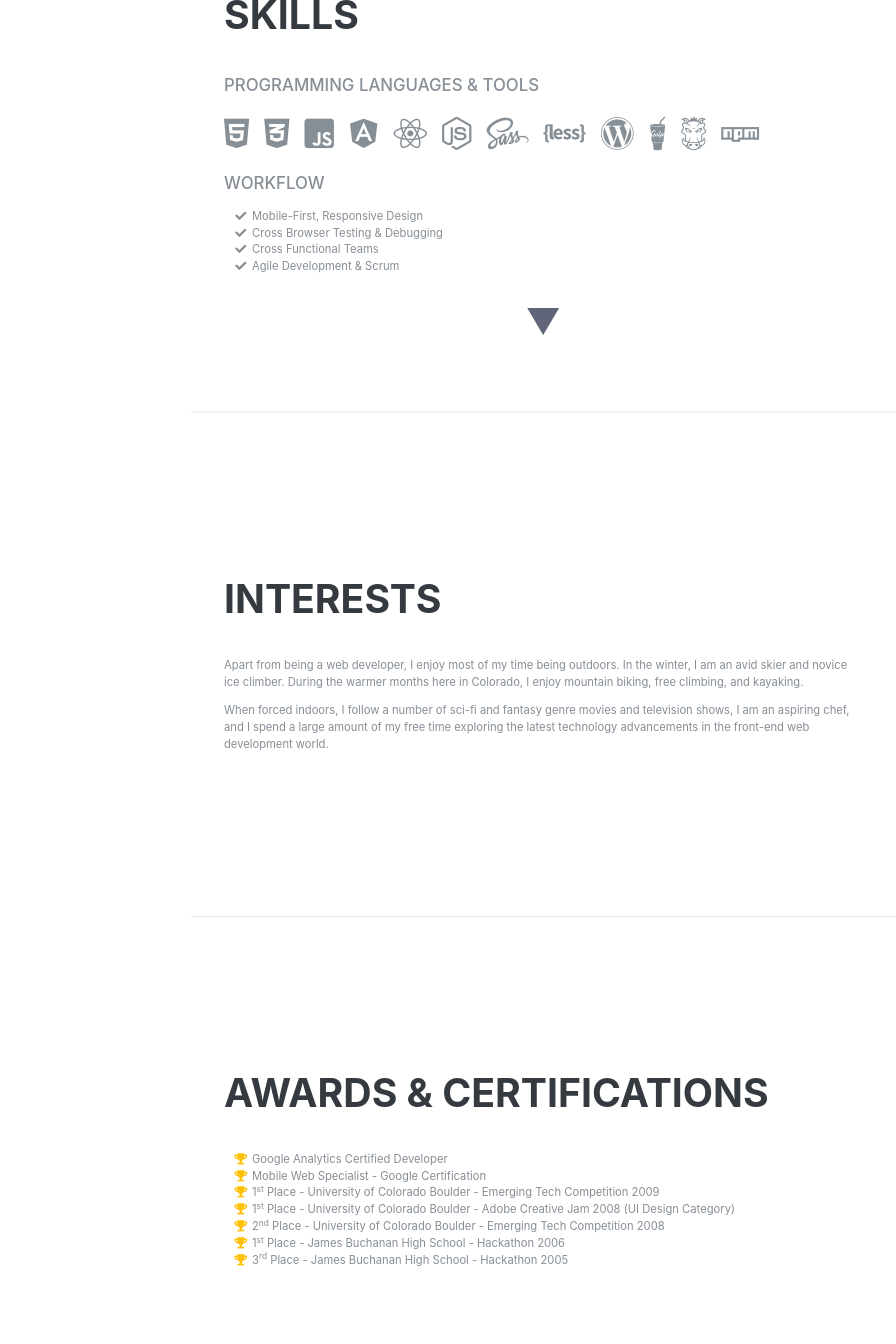
Repository: whitethugcat/whitethugcat.github.io
Page: class/resume-practice/index.html
The author's editor kept a record of every edit. The page is drawn from the files as they stood at one moment, then again after the next edit.
The browser window is 1280 px wide. The pictures show the part of the page from y = 2740 to 4660 px (the page is 4770 px tall), at 70% of full size.
Some web fonts or font styles are not loaded; a fallback is used.

Above is the page before.

### class/resume-practice/index.html
<!DOCTYPE html>
<html lang="en">

<head>

  <meta charset="utf-8">
  <meta name="viewport" content="width=device-width, initial-scale=1, shrink-to-fit=no">
  <meta name="description" content="">
  <meta name="author" content="">

  <title>Yoojin J&#129346;</title>

  <!-- Bootstrap core CSS -->
  <link href="vendor/bootstrap/css/bootstrap.min.css" rel="stylesheet">

  <!-- Custom fonts for this template -->
  <link href="https://fonts.googleapis.com/css?family=Saira+Extra+Condensed:500,700" rel="stylesheet">
  <link href="vendor/fontawesome-free/css/all.min.css" rel="stylesheet">

  <!-- Custom styles for this template -->
  <link href="css/resume.css" rel="stylesheet">

</head>

<body id="page-top">

  <nav class="navbar navbar-expand-lg navbar-dark bg-primary fixed-top" id="sideNav">
    <a class="navbar-brand js-scroll-trigger" href="#page-top">
      <span class="d-block d-lg-none">Yoojin Jeong &#129346;</span>
      <span class="d-none d-lg-block">
        <img class="img-fluid img-profile rounded-circle mx-auto mb-2" src="img/yj-profile.png" alt="">
      </span>
    </a>
    <button class="navbar-toggler" type="button" data-toggle="collapse" data-target="#navbarSupportedContent" aria-controls="navbarSupportedContent" aria-expanded="false" aria-label="Toggle navigation">
      <span class="navbar-toggler-icon"></span>
    </button>
    <div class="collapse navbar-collapse" id="navbarSupportedContent">
      <ul class="navbar-nav">
        <li class="nav-item">
          <a class="nav-link js-scroll-trigger" href="#about">About</a>
        </li>
        <li class="nav-item">
          <a class="nav-link js-scroll-trigger" href="#experience">Experience</a>
        </li>
        <li class="nav-item">
          <a class="nav-link js-scroll-trigger" href="#education">Education</a>
        </li>
        <li class="nav-item">
          <a class="nav-link js-scroll-trigger" href="#skills">Skills</a>
        </li>
        <li class="nav-item">
          <a class="nav-link js-scroll-trigger" href="#interests">Interests</a>
        </li>
        <li class="nav-item">
          <a class="nav-link js-scroll-trigger" href="#awards">Awards</a>
        </li>
      </ul>
    </div>
  </nav>

  <div class="container-fluid p-0">

    <section class="resume-section p-3 p-lg-5 d-flex align-items-center" id="about">
      <div class="w-100">
        <h1 class="mb-0">Yoojin
          <span class="text-primary">Jeong</span>
        </h1>
        <div class="subheading mb-5">Seoul, South Korea · (+82) 010-8472-7769 ·
          <a href="mailto:name@email.com">yjjeong92@gmail.com</a>
        </div>
        <p class="lead mb-5">I am experienced and agile in cooperating in teams of various sizes and forms. I have built experiences in digital advertising, B2B/B2C communication, digital marketing, and more.</p>
        <div class="social-icons">
          <a href="https://www.linkedin.com/in/yoojin-jeong-47a917101/" target="_blank">
            <i class="fab fa-linkedin-in"></i>
          </a>
          <a href="#" target="_blank">
            <i class="fab fa-github"></i>
          </a>
          <a href="https://www.twitter.com/whitethugcat" target="_blank">
            <i class="fab fa-twitter"></i>
          </a>
          <a href="#">
            <i class="fab fa-facebook-f target="_blank""></i>
          </a>
        </div>
        <div class=downward-arrow>
          <a href="#experience">
          &#9660;</a>
        </div>
      </div>
    </section>

    <hr class="m-0">

    <section class="resume-section p-3 p-lg-5 d-flex justify-content-center" id="experience">
      <div class="w-100">
        <h2 class="mb-5">Experience</h2>

        <div class="resume-item d-flex flex-column flex-md-row justify-content-between mb-5">
          <div class="resume-content">
            <h3 class="mb-0">Senior Web Developer</h3>
            <div class="subheading mb-3">Intelitec Solutions</div>
            <p>Bring to the table win-win survival strategies to ensure proactive domination. At the end of the day, going forward, a new normal that has evolved from generation X is on the runway heading towards a streamlined cloud solution. User generated content in real-time will have multiple touchpoints for offshoring.</p>
          </div>
          <div class="resume-date text-md-right">
            <span class="text-primary">March 2013 - Present</span>
          </div>
        </div>

        <div class="resume-item d-flex flex-column flex-md-row justify-content-between mb-5">
          <div class="resume-content" id>
            <h3 class="mb-0">Web Developer</h3>
            <div class="subheading mb-3">Intelitec Solutions</div>
            <p>Capitalize on low hanging fruit to identify a ballpark value added activity to beta test. Override the digital divide with additional clickthroughs from DevOps. Nanotechnology immersion along the information highway will close the loop on focusing solely on the bottom line.</p>
          </div>
          <div class="resume-date text-md-right">
            <span class="text-primary">December 2011 - March 2013</span>
          </div>
        </div>

        <div class="resume-item d-flex flex-column flex-md-row justify-content-between mb-5">
          <div class="resume-content">
            <h3 class="mb-0">Junior Web Designer</h3>
            <div class="subheading mb-3">Shout! Media Productions</div>
            <p>Podcasting operational change management inside of workflows to establish a framework. Taking seamless key performance indicators offline to maximise the long tail. Keeping your eye on the ball while performing a deep dive on the start-up mentality to derive convergence on cross-platform integration.</p>
          </div>
          <div class="resume-date text-md-right">
            <span class="text-primary">July 2010 - December 2011</span>
          </div>
        </div>

        <div class="resume-item d-flex flex-column flex-md-row justify-content-between">
          <div class="resume-content">
            <h3 class="mb-0">Web Design Intern</h3>
            <div class="subheading mb-3">Shout! Media Productions</div>
            <p>Collaboratively administrate empowered markets via plug-and-play networks. Dynamically procrastinate B2C users after installed base benefits. Dramatically visualize customer directed convergence without revolutionary ROI.</p>
          </div>
          <div class="resume-date text-md-right">
            <span class="text-primary">September 2008 - June 2010</span>
          </div>
          <div class=downward-arrow>
          <a href="#education">
          &#9660;</a>
        </div>
        </div>

      </div>

    </section>

    <hr class="m-0">

    <section class="resume-section p-3 p-lg-5 d-flex align-items-center" id="education">
      <div class="w-100">
        <h2 class="mb-5">Education</h2>

        <div class="resume-item d-flex flex-column flex-md-row justify-content-between mb-5">
          <div class="resume-content">
            <h3 class="mb-0">University of Colorado Boulder</h3>
            <div class="subheading mb-3">Bachelor of Science</div>
            <div>Computer Science - Web Development Track</div>
            <p>GPA: 3.23</p>
          </div>
          <div class="resume-date text-md-right">
            <span class="text-primary">August 2006 - May 2010</span>
          </div>
        </div>

        <div class="resume-item d-flex flex-column flex-md-row justify-content-between">
          <div class="resume-content">
            <h3 class="mb-0">James Buchanan High School</h3>
            <div class="subheading mb-3">Technology Magnet Program</div>
            <p>GPA: 3.56</p>
          </div>
          <div class="resume-date text-md-right">
            <span class="text-primary">August 2002 - May 2006</span>
          </div>
        </div>
          <div class=downward-arrow>
          <a href="#skills">
          &#9660;</a>
        </div>
      </div>
    </section>

    <hr class="m-0">

    <section class="resume-section p-3 p-lg-5 d-flex align-items-center" id="skills">
      <div class="w-100">
        <h2 class="mb-5">Skills</h2>

        <div class="subheading mb-3">Programming Languages &amp; Tools</div>
        <ul class="list-inline dev-icons">
          <li class="list-inline-item">
            <i class="fab fa-html5"></i>
          </li>
          <li class="list-inline-item">
            <i class="fab fa-css3-alt"></i>
          </li>
          <li class="list-inline-item">
            <i class="fab fa-js-square"></i>
          </li>
          <li class="list-inline-item">
            <i class="fab fa-angular"></i>
          </li>
          <li class="list-inline-item">
            <i class="fab fa-react"></i>
          </li>
          <li class="list-inline-item">
            <i class="fab fa-node-js"></i>
          </li>
          <li class="list-inline-item">
            <i class="fab fa-sass"></i>
          </li>
          <li class="list-inline-item">
            <i class="fab fa-less"></i>
          </li>
          <li class="list-inline-item">
            <i class="fab fa-wordpress"></i>
          </li>
          <li class="list-inline-item">
            <i class="fab fa-gulp"></i>
          </li>
          <li class="list-inline-item">
            <i class="fab fa-grunt"></i>
          </li>
          <li class="list-inline-item">
            <i class="fab fa-npm"></i>
          </li>
        </ul>

        <div class="subheading mb-3">Workflow</div>
        <ul class="fa-ul mb-0">
          <li>
            <i class="fa-li fa fa-check"></i>
            Mobile-First, Responsive Design</li>
          <li>
            <i class="fa-li fa fa-check"></i>
            Cross Browser Testing &amp; Debugging</li>
          <li>
            <i class="fa-li fa fa-check"></i>
            Cross Functional Teams</li>
          <li>
            <i class="fa-li fa fa-check"></i>
            Agile Development &amp; Scrum</li>
        </ul>
          <div class=downward-arrow>
          <a href="#interests">
          &#9660;</a>
        </div>
      </div>
    </section>

    <hr class="m-0">

    <section class="resume-section p-3 p-lg-5 d-flex align-items-center" id="interests">
      <div class="w-100">
        <h2 class="mb-5">Interests</h2>
        <p>Apart from being a web developer, I enjoy most of my time being outdoors. In the winter, I am an avid skier and novice ice climber. During the warmer months here in Colorado, I enjoy mountain biking, free climbing, and kayaking.</p>
        <p class="mb-0">When forced indoors, I follow a number of sci-fi and fantasy genre movies and television shows, I am an aspiring chef, and I spend a large amount of my free time exploring the latest technology advancements in the front-end web development world.</p>
      </div>
    </section>

    <hr class="m-0">

    <section class="resume-section p-3 p-lg-5 d-flex align-items-center" id="awards">
      <div class="w-100">
        <h2 class="mb-5">Awards &amp; Certifications</h2>
        <ul class="fa-ul mb-0">
          <li>
            <i class="fa-li fa fa-trophy text-warning"></i>
            Google Analytics Certified Developer</li>
          <li>
            <i class="fa-li fa fa-trophy text-warning"></i>
            Mobile Web Specialist - Google Certification</li>
          <li>
            <i class="fa-li fa fa-trophy text-warning"></i>
            1<sup>st</sup>
            Place - University of Colorado Boulder - Emerging Tech Competition 2009</li>
          <li>
            <i class="fa-li fa fa-trophy text-warning"></i>
            1<sup>st</sup>
            Place - University of Colorado Boulder - Adobe Creative Jam 2008 (UI Design Category)</li>
          <li>
            <i class="fa-li fa fa-trophy text-warning"></i>
            2<sup>nd</sup>
            Place - University of Colorado Boulder - Emerging Tech Competition 2008</li>
          <li>
            <i class="fa-li fa fa-trophy text-warning"></i>
            1<sup>st</sup>
            Place - James Buchanan High School - Hackathon 2006</li>
          <li>
            <i class="fa-li fa fa-trophy text-warning"></i>
            3<sup>rd</sup>
            Place - James Buchanan High School - Hackathon 2005</li>
        </ul>
      </div>
    </section>

  </div>

  <!-- Bootstrap core JavaScript -->
  <script src="vendor/jquery/jquery.min.js"></script>
  <script src="vendor/bootstrap/js/bootstrap.bundle.min.js"></script>

  <!-- Plugin JavaScript -->
  <script src="vendor/jquery-easing/jquery.easing.min.js"></script>

  <!-- Custom scripts for this template -->
  <script src="js/resume.min.js"></script>

</body>

</html>

### class/resume-practice/css/resume.css
/*!
 * Start Bootstrap - Resume v5.0.8 (https://startbootstrap.com/template-overviews/resume)
 * Copyright 2013-2019 Start Bootstrap
 * Licensed under MIT (https://github.com/BlackrockDigital/startbootstrap-resume/blob/master/LICENSE)
 */

body {
  font-family: 'Muli', -apple-system, BlinkMacSystemFont, 'Segoe UI', Roboto, 'Helvetica Neue', Arial, sans-serif, 'Apple Color Emoji', 'Segoe UI Emoji', 'Segoe UI Symbol', 'Noto Color Emoji';
  padding-top: 52px;
  color: #868e96;
}

@media (min-width: 992px) {
  body {
    padding-top: 0;
    padding-left: 17rem;
  }
}

h1,
h2,
h3,
h4,
h5,
h6 {
  font-family: 'Saira Extra Condensed', -apple-system, BlinkMacSystemFont, 'Segoe UI', Roboto, 'Helvetica Neue', Arial, sans-serif, 'Apple Color Emoji', 'Segoe UI Emoji', 'Segoe UI Symbol', 'Noto Color Emoji';
  font-weight: 700;
  text-transform: uppercase;
  color: #343a40;
}

h1 {
  font-size: 6rem;
  line-height: 5.5rem;
}

h2 {
  font-size: 3.5rem;
}

h3 {
  font-size: 2rem;
}

p.lead {
  font-size: 1.15rem;
  font-weight: 400;
}

.subheading {
  text-transform: uppercase;
  font-weight: 500;
  font-family: 'Saira Extra Condensed', -apple-system, BlinkMacSystemFont, 'Segoe UI', Roboto, 'Helvetica Neue', Arial, sans-serif, 'Apple Color Emoji', 'Segoe UI Emoji', 'Segoe UI Symbol', 'Noto Color Emoji';
  font-size: 1.5rem;
}

.social-icons a {
  display: inline-block;
  height: 3.5rem;
  width: 3.5rem;
  background-color: #495057;
  color: #fff !important;
  border-radius: 100%;
  text-align: center;
  font-size: 1.5rem;
  line-height: 3.5rem;
  margin-right: 1rem;
}

.social-icons a:last-child {
  margin-right: 0;
}

.social-icons a:hover {
  background-color: #BD5D38;
}

.dev-icons {
  font-size: 3rem;
}

.dev-icons .list-inline-item i:hover {
  color: #BD5D38;
}

#sideNav .navbar-nav .nav-item .nav-link {
  font-weight: 800;
  letter-spacing: 0.05rem;
  text-transform: uppercase;
}

#sideNav .navbar-toggler:focus {
  outline-color: #d48a6e;
}

@media (min-width: 992px) {
  #sideNav {
    text-align: center;
    position: fixed;
    top: 0;
    left: 0;
    display: flex;
    flex-direction: column;
    width: 17rem;
    height: 100vh;
  }
  #sideNav .navbar-brand {
    display: flex;
    margin: auto auto 0;
    padding: 0.5rem;
  }
  #sideNav .navbar-brand .img-profile {
    max-width: 10rem;
    max-height: 10rem;
    border: 0.5rem solid rgba(255, 255, 255, 0.2);
  }
  #sideNav .navbar-collapse {
    display: flex;
    align-items: flex-start;
    flex-grow: 0;
    width: 100%;
    margin-bottom: auto;
  }
  #sideNav .navbar-collapse .navbar-nav {
    flex-direction: column;
    width: 100%;
  }
  #sideNav .navbar-collapse .navbar-nav .nav-item {
    display: block;
  }
  #sideNav .navbar-collapse .navbar-nav .nav-item .nav-link {
    display: block;
  }
}

section.resume-section {
  padding-top: 5rem !important;
  padding-bottom: 5rem !important;
  max-width: 75rem;
}

section.resume-section .resume-item .resume-date {
  min-width: none;
}

@media (min-width: 768px) {
  section.resume-section {
    min-height: 100vh;
  }
  section.resume-section .resume-item .resume-date {
    min-width: 18rem;
  }
}

@media (min-width: 992px) {
  section.resume-section {
    padding-top: 3rem !important;
    padding-bottom: 3rem !important;
  }
}

.bg-primary {
  background-color: #61657a !important;
}

.text-primary {
  color: #61657a !important;
}

a {
  color: #61657a;
}

a:hover, a:focus, a:active {
  color: #824027;
}

.downward-arrow{
  vertical-align: bottom;
  text-align: center;
  font-size: 50px;
  text-shadow: 3px 2px grey .5;
  margin-bottom: -30px;
  margin-top: 30px;
}

.back-to-top{
  margin-top: 4%;
  color: #699aff;
  vertical-align: bottom;
  text-align: center;
  font-size: 10px;
  text-decoration: underline;
}

Loaded but not shown: class/resume-practice/vendor/bootstrap/css/bootstrap.min.css (library); class/resume-practice/vendor/fontawesome-free/css/all.min.css (library); class/resume-practice/vendor/jquery/jquery.min.js (library); class/resume-practice/vendor/bootstrap/js/bootstrap.bundle.min.js (library); class/resume-practice/vendor/jquery-easing/jquery.easing.min.js (common file); class/resume-practice/js/resume.min.js (common file)

After the next edit:
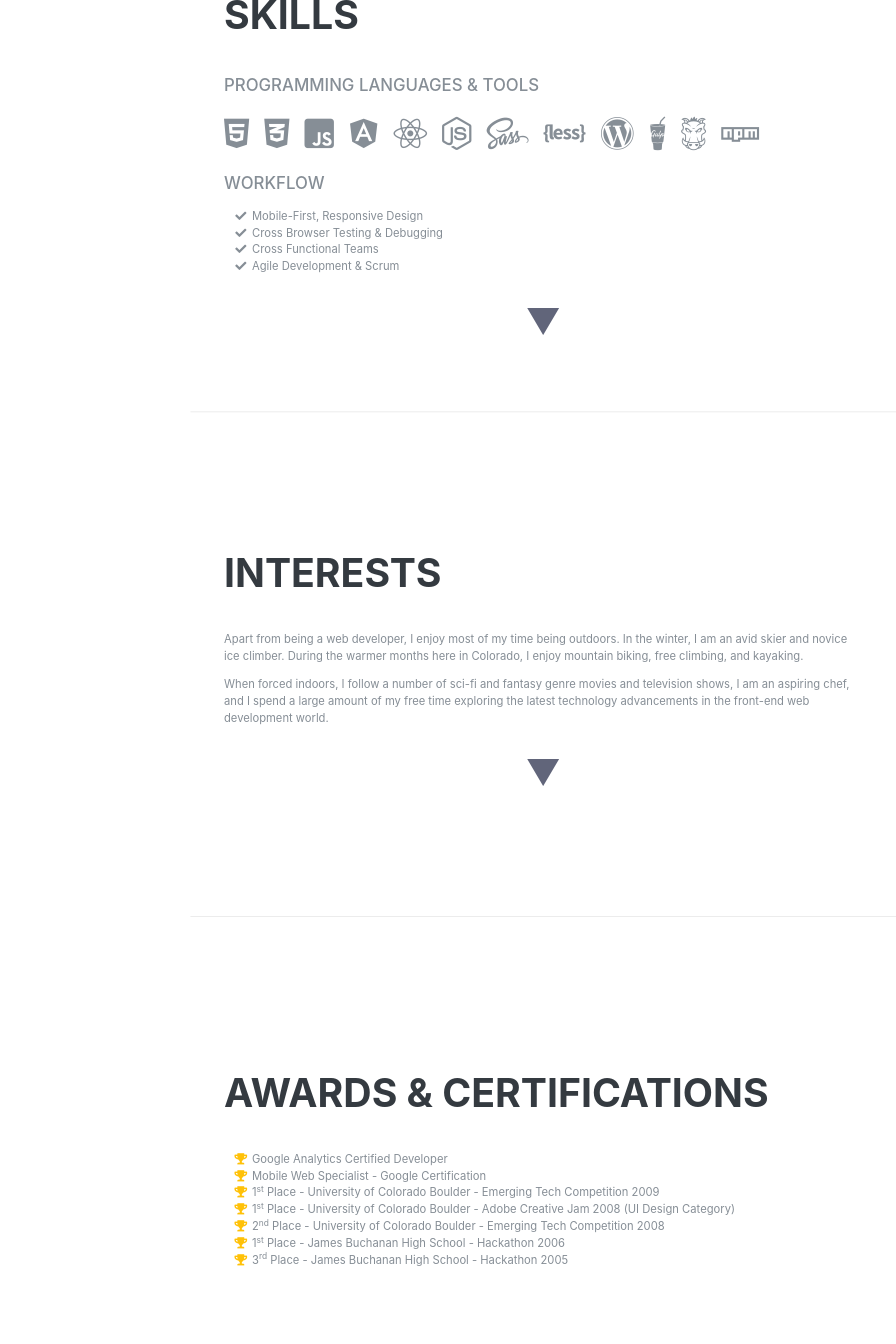
The edit:
--- a/class/resume-practice/index.html
+++ b/class/resume-practice/index.html
@@ -258,6 +258,10 @@
         <h2 class="mb-5">Interests</h2>
         <p>Apart from being a web developer, I enjoy most of my time being outdoors. In the winter, I am an avid skier and novice ice climber. During the warmer months here in Colorado, I enjoy mountain biking, free climbing, and kayaking.</p>
         <p class="mb-0">When forced indoors, I follow a number of sci-fi and fantasy genre movies and television shows, I am an aspiring chef, and I spend a large amount of my free time exploring the latest technology advancements in the front-end web development world.</p>
+          <div class=downward-arrow>
+          <a href="#awards">
+          &#9660;</a>
+        </div>
       </div>
     </section>
 
